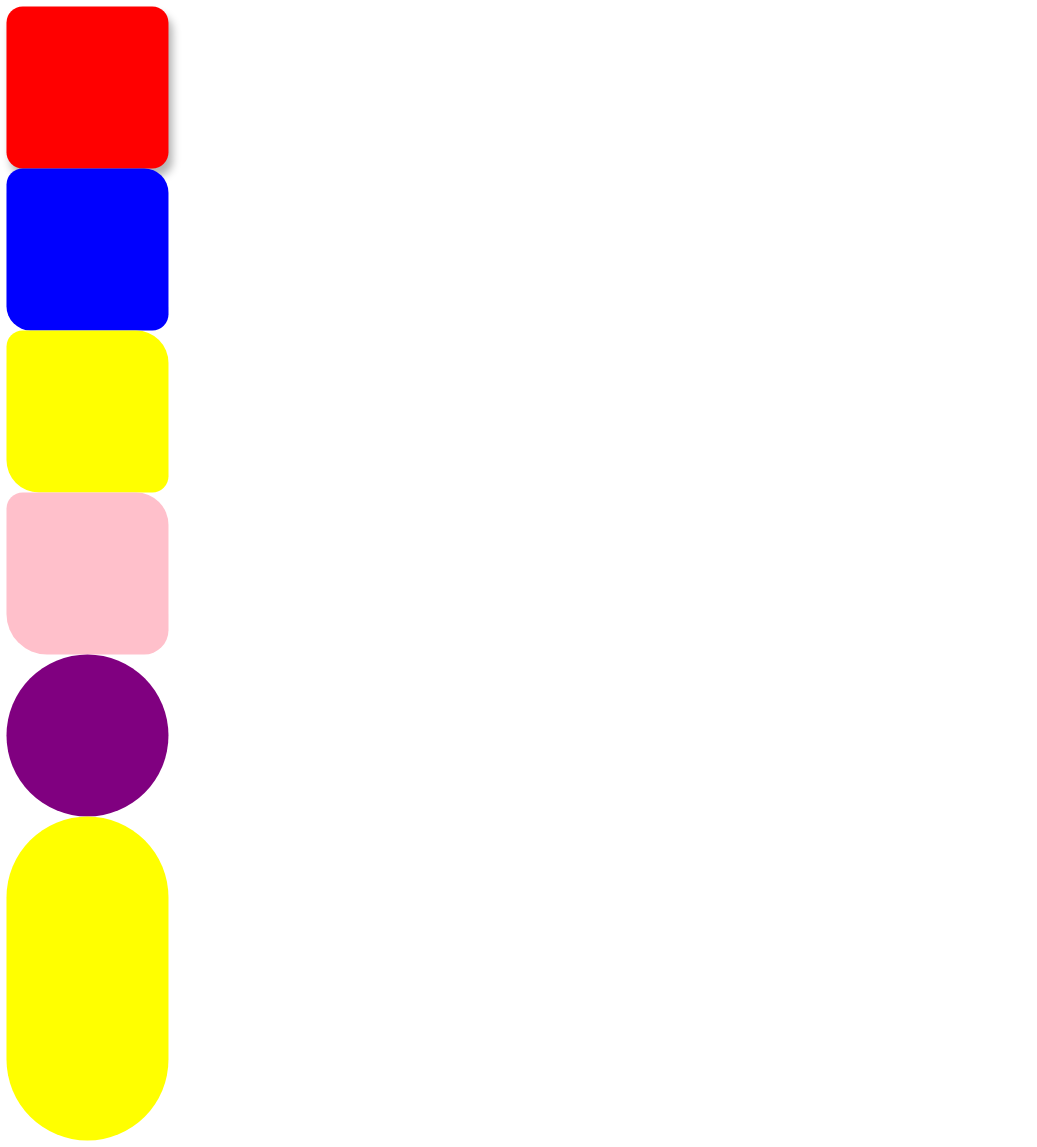
Repository: TheBestBadGuy0228/code
Page: 盒子圆角阴影文字阴影.html
An editor plug-in stored every save of this project. The page is shown before and after the next save, followed by the edit.
The browser window is 1280 px wide. The pictures show the whole page, at 81% of full size.
The pointer rests on the first visible `div`.

Above is the page before, as saved 2021-12-08 15:37:17.

### 盒子圆角阴影文字阴影.html
<!-- /*
 * @Author: Xiao
 * @Date: 2021-12-08 14:35:13
 * @Last Modified by:   Xiao
 * @Last Modified time: 2021-12-08 14:35:13
 */ -->
<!DOCTYPE html>
<html lang="zh-CN">
<head>
    <meta charset="UTF-8">
    <meta http-equiv="X-UA-Compatible" content="IE=edge">
    <meta name="viewport" content="width=device-width, initial-scale=1.0">
    <title>盒子圆角阴影文字阴影</title>
</head>
<style>
    .test1 {
        background-color: red;
        width: 200px;
        height: 200px;
        border-radius: 20px;
    }

    .test2 {
        background-color: blue;
        width: 200px;
        height: 200px;
        border-radius: 20px 30px;
    }

    .test3 {
        background-color: yellow;
        width: 200px;
        height: 200px;
        border-radius: 20px 40px 20px;
    }

    .test4 {
        background-color: pink;
        width: 200px;
        height: 200px;
        border-radius: 20px 40px 30px 50px;
    }

    .test5 {
        background-color: purple;
        width: 200px;
        height: 200px;
        border-radius: 50%;
    }

    .test6 {
        background-color: yellow;
        height: 400px;
        width: 200px;
        border-radius: 100px;
    }

    /* px写法最大值基于width;%写法最大值基于height */

    /* 盒子阴影
CSS3中新增了盒子阴影，我们可以使用box-shadow属性为盒子添加阴影。
语法：
box-shadow:h-shadow v-shadow blur spread color inset;
值                  描述

h-shadow        必需。水平阴影的位置。允许负值。

v-shadow        必需。垂直阴影的位置。允许负值。

blur            可选。模糊距离。

spread          可选。阴影的尺寸。

color           可选。阴影的颜色。请参阅CSS颜色值。

inset           可选。将外部阴影（outset）改为内部阴影。

注意：
1.默认的是外阴影（outset），但是不可以写这个单词，否则导致阴影无效
2.盒子阴影不占用空间，不会影响其他盒子排列。
    */
    div:hover {
        box-shadow: 5px 10px 10px rgb(0, 0, 0, .3);
    }
</style>
<body>
    <div class="test1"></div>
    <div class="test2"></div>
    <div class="test3"></div>
    <div class="test4"></div>
    <div class="test5"></div>
    <div class="test6"></div>
</body>
</html>

After the next save:
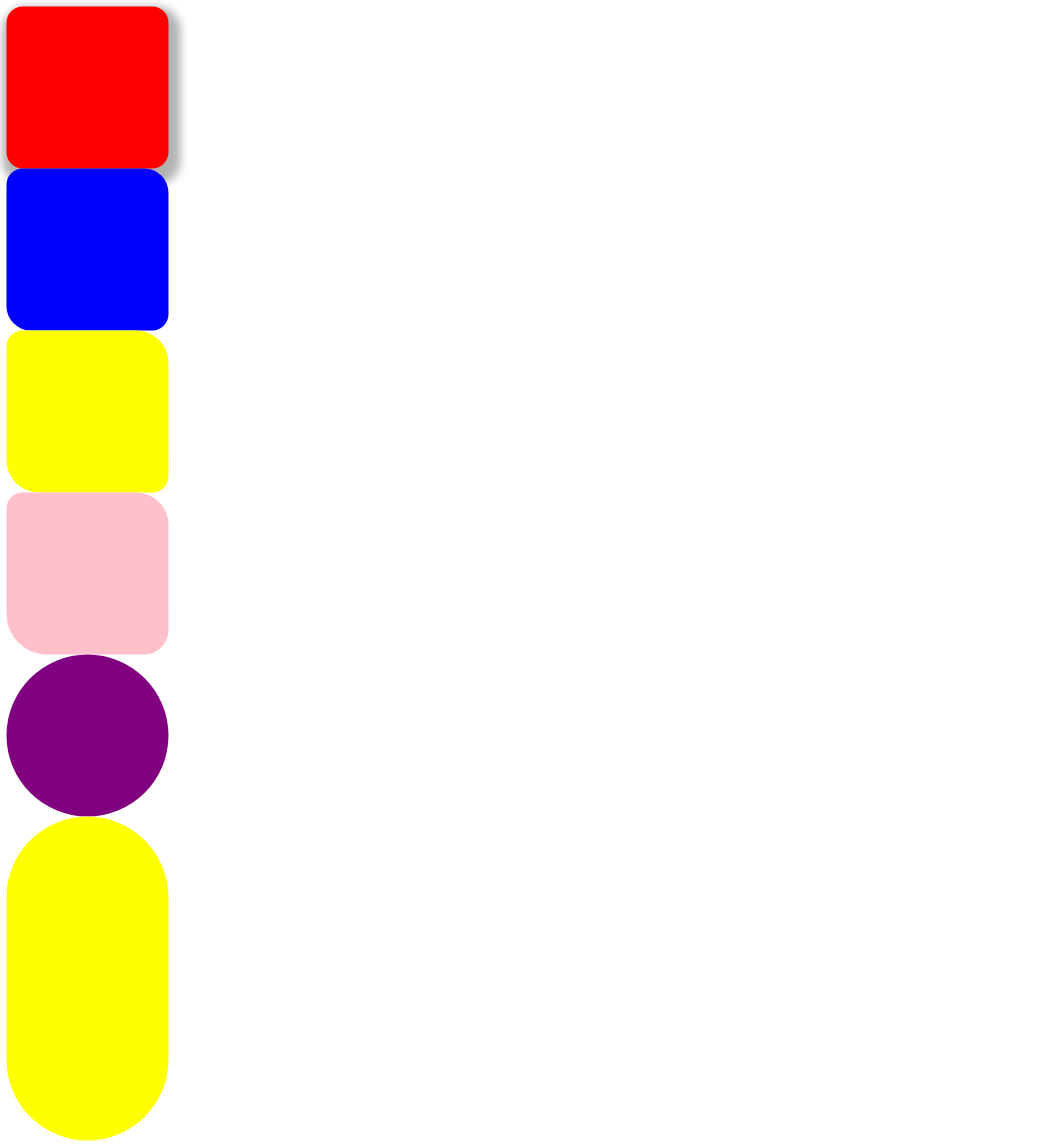
Saved 48 s later.
--- a/盒子圆角阴影文字阴影.html
+++ b/盒子圆角阴影文字阴影.html
@@ -80,7 +80,7 @@ inset           可选。将外部阴影（outset）改为内部阴影。
 2.盒子阴影不占用空间，不会影响其他盒子排列。
     */
     div:hover {
-        box-shadow: 5px 10px 10px rgb(0, 0, 0, .3);
+        box-shadow: 5px 10px 10px 10px rgb(0, 0, 0, .3);
     }
 </style>
 <body>
